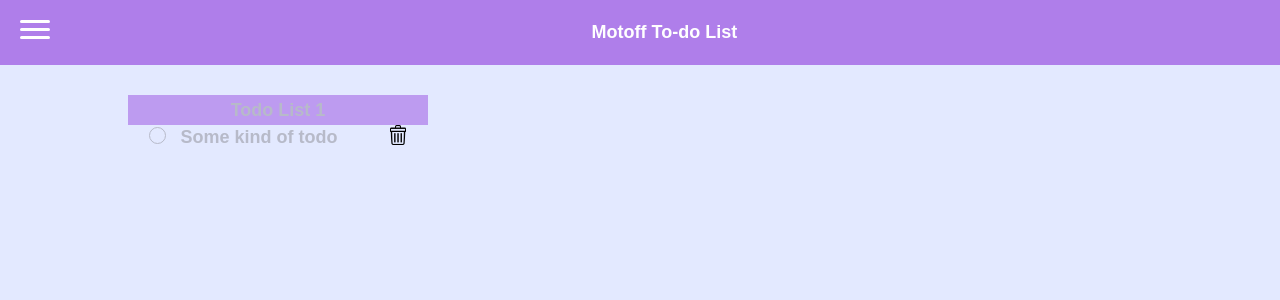
Repository: Amad-Mlinka/Todo-List-Vanilla-JS
Page: index.html
The author's editor kept a copy of each file at every save. The page is drawn from the files as they stood at one save, then again after the next save.
The browser window is 1280 px wide. The pictures show the whole page.
The page's requests for data from a server got no answer.

Above is the page before, as saved 2021-09-15 01:11:02.

After the next save:
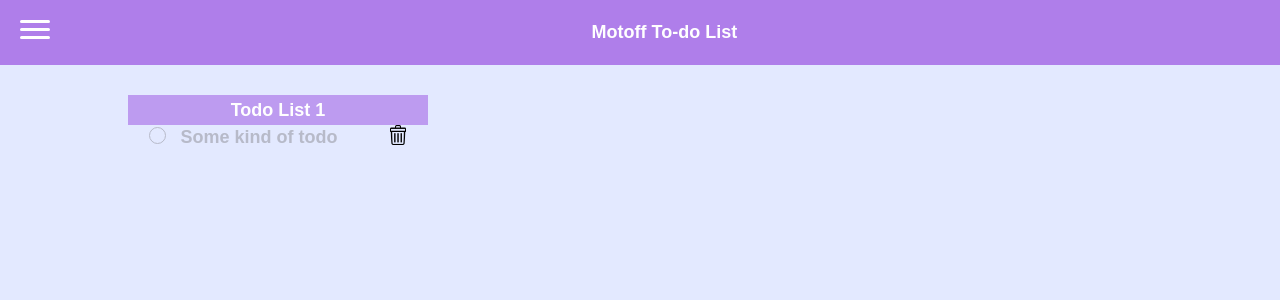
Saved 4 s later.
--- a/styles/style.css
+++ b/styles/style.css
@@ -36,7 +36,7 @@ body{
   font-family: sans-serif;
   font-size:18px;
   font-weight: bolder;
-  color: #b7bac9;
+  color: white;
 }
 .todoData{
   display: flex;
